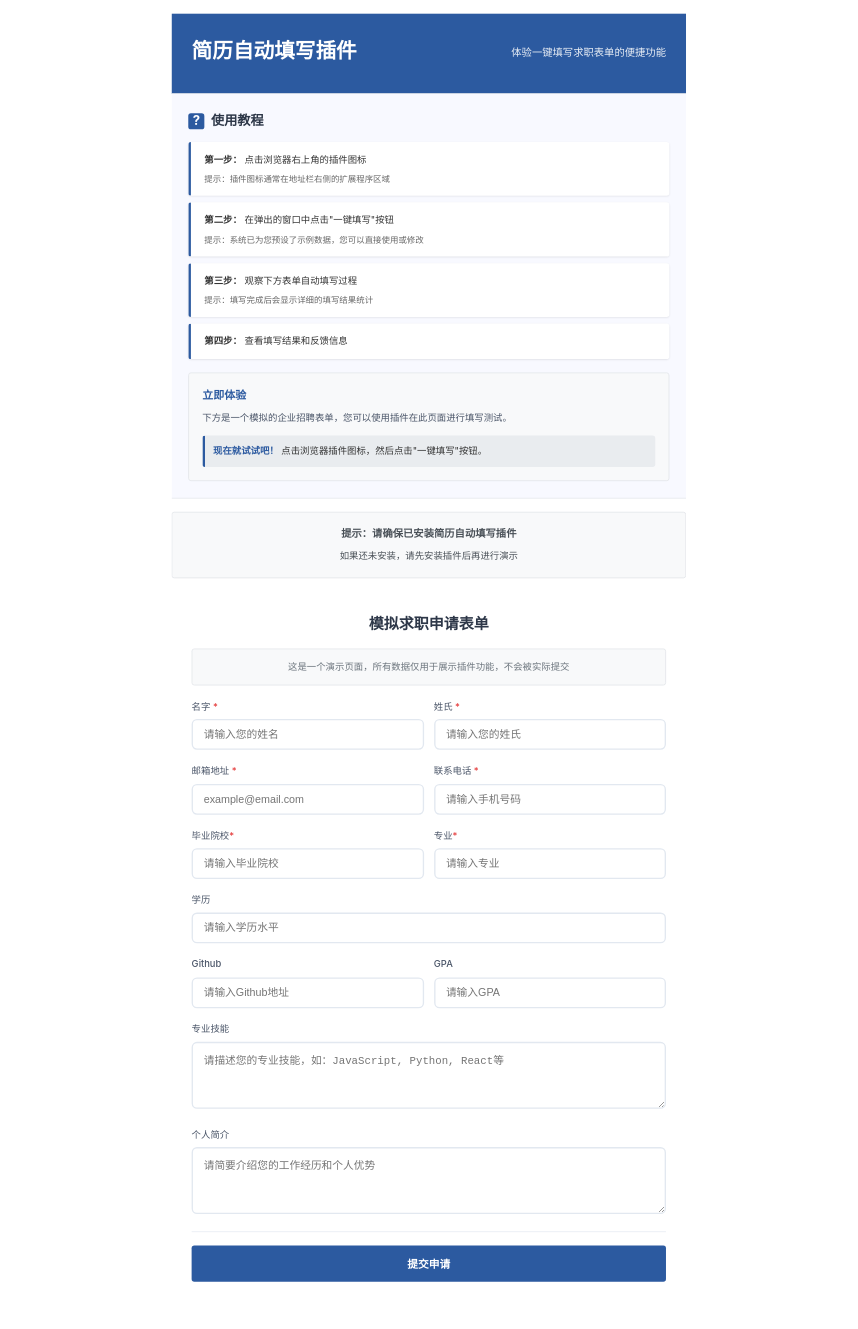
Repository: Zion74/jiancareer-chrome-main-zhn
Page: public/mock-form.html
The author's editor kept a copy of each file at every save. The page is drawn from the files as they stood at one save, then again after a run of saves.
The browser window is 1280 px wide. The pictures show the whole page, at 67% of full size.

Above is the page before, as saved 2025-09-10 08:41:17.

### public/mock-form.html
<!DOCTYPE html>
<html lang="zh-CN">
<head>
    <meta charset="UTF-8">
    <meta name="viewport" content="width=device-width, initial-scale=1.0">
    <title>简历自动填写插件 - 教学演示页面</title>
    <link rel="stylesheet" href="styles.css">
    <style>
        body {
            font-family: -apple-system, BlinkMacSystemFont, 'Segoe UI', Roboto, sans-serif;
            line-height: 1.6;
            margin: 0;
            padding: 0;
            background: #ffffff;
            min-height: 100vh;
            display: flex;
            justify-content: center;
            align-items: flex-start;
        }

        .container {
            width: 60%;
            max-width: 1200px;
            margin: 20px auto;
            background: white;
            border-radius: 0;
            box-shadow: none;
            border: none;
            overflow: hidden;
        }

        .header {
            background: #2c5aa0;
            color: white;
            padding: 30px;
            text-align: center;
        }

        .header h1 {
            margin: 0 0 10px 0;
            font-size: 2.2em;
            font-weight: 600;
        }

        .header p {
            margin: 0;
            font-size: 1.1em;
            opacity: 0.9;
        }

        .tutorial-section {
            background: #f8f9ff;
            padding: 25px;
            border-bottom: 1px solid #e1e5e9;
        }

        .tutorial-title {
            color: #2d3748;
            font-size: 1.4em;
            font-weight: 600;
            margin-bottom: 15px;
            display: flex;
            align-items: center;
        }

        .tutorial-icon {
            width: 24px;
            height: 24px;
            margin-right: 10px;
            background: #2c5aa0;
            border-radius: 4px;
            display: flex;
            align-items: center;
            justify-content: center;
            color: white;
            font-weight: bold;
        }

        .tutorial-steps {
            list-style: none;
            padding: 0;
            margin: 0;
        }

        .tutorial-steps li {
            background: white;
            margin: 10px 0;
            padding: 15px 20px;
            border-radius: 4px;
            border-left: 4px solid #2c5aa0;
            box-shadow: 0 1px 3px rgba(0,0,0,0.1);
        }

        .form-section {
            padding: 30px;
        }

        .form-title {
            color: #2d3748;
            font-size: 1.6em;
            font-weight: 600;
            margin-bottom: 20px;
            text-align: center;
        }

        .form-group {
            margin-bottom: 20px;
        }

        .form-row {
            display: flex;
            gap: 15px;
            margin-bottom: 20px;
        }

        .form-row .form-group {
            flex: 1;
            margin-bottom: 0;
        }

        label {
            display: block;
            margin-bottom: 8px;
            font-weight: 500;
            color: #4a5568;
        }

        .required {
            color: #e53e3e;
        }

        input[type="text"],
        input[type="email"],
        input[type="tel"],
        select,
        textarea {
            width: 100%;
            padding: 12px 16px;
            border: 2px solid #e2e8f0;
            border-radius: 8px;
            font-size: 16px;
            transition: all 0.3s ease;
            box-sizing: border-box;
        }

        input:focus,
        select:focus,
        textarea:focus {
            outline: none;
            border-color: #2c5aa0;
            box-shadow: 0 0 0 2px rgba(44, 90, 160, 0.1);
        }

        select {
            cursor: pointer;
        }

        textarea {
            resize: vertical;
            min-height: 100px;
        }

        .checkbox-group {
            display: flex;
            align-items: center;
            margin: 20px 0;
        }

        .checkbox-group input[type="checkbox"] {
            width: auto;
            margin-right: 10px;
        }

        .submit-section {
            text-align: center;
            padding: 20px 0;
            border-top: 1px solid #e2e8f0;
        }

        .btn {
            background: #2c5aa0;
            color: white;
            border: none;
            padding: 15px 40px;
            border-radius: 4px;
            font-size: 16px;
            font-weight: 600;
            cursor: pointer;
            transition: all 0.3s ease;
        }

        .btn:hover {
            background: #1e3d6f;
        }

        .demo-notice {
            background: #f8f9fa;
            border: 1px solid #dee2e6;
            color: #6c757d;
            padding: 15px;
            border-radius: 4px;
            margin: 20px 0;
            text-align: center;
            font-weight: 500;
        }

        .extension-hint {
            background: #f8f9fa;
            border: 1px solid #dee2e6;
            color: #495057;
            padding: 20px;
            border-radius: 4px;
            margin: 20px 0;
            text-align: center;
        }

        .extension-hint strong {
            display: block;
            font-size: 1.1em;
            margin-bottom: 10px;
        }

        @media (max-width: 768px) {
            .form-row {
                flex-direction: column;
                gap: 0;
            }

            .container {
                margin: 0;
                border-radius: 0;
            }

            .header {
                padding: 20px;
            }

            .header h1 {
                font-size: 1.8em;
            }

            .form-section {
                padding: 20px;
            }

            .tutorial-section {
                padding: 20px;
            }
        }
    </style>
</head>
<body>
    <div class="container">
        <div class="header">
            <h1>简历自动填写插件</h1>
            <p>体验一键填写求职表单的便捷功能</p>
        </div>

        <div class="tutorial-section">
            <div class="tutorial-title">
                <div class="tutorial-icon">?</div>
                使用教程
            </div>
            <ol class="tutorial-steps">
                <li><strong>第一步：</strong> 点击浏览器右上角的插件图标
                    <div style="margin-top: 8px; color: #666; font-size: 0.9em;">提示：插件图标通常在地址栏右侧的扩展程序区域</div>
                </li>
                <li><strong>第二步：</strong> 在弹出的窗口中点击"一键填写"按钮
                    <div style="margin-top: 8px; color: #666; font-size: 0.9em;">提示：系统已为您预设了示例数据，您可以直接使用或修改</div>
                </li>
                <li><strong>第三步：</strong> 观察下方表单自动填写过程
                    <div style="margin-top: 8px; color: #666; font-size: 0.9em;">提示：填写完成后会显示详细的填写结果统计</div>
                </li>
                <li><strong>第四步：</strong> 查看填写结果和反馈信息</li>
            </ol>

            <div style="background: #f8f9fa; border: 1px solid #dee2e6; border-radius: 4px; padding: 20px; margin-top: 20px;">
                <h3 style="margin: 0 0 10px 0; color: #2c5aa0;">立即体验</h3>
                <p style="margin: 0 0 15px 0; color: #4a5568;">下方是一个模拟的企业招聘表单，您可以使用插件在此页面进行填写测试。</p>
                <div style="background: #e9ecef; padding: 12px; border-radius: 4px; border-left: 4px solid #2c5aa0;">
                    <strong style="color: #2c5aa0;">现在就试试吧！</strong> 点击浏览器插件图标，然后点击"一键填写"按钮。
                </div>
            </div>
        </div>

        <div class="extension-hint">
            <strong>提示：请确保已安装简历自动填写插件</strong>
            如果还未安装，请先安装插件后再进行演示
        </div>

        <div class="form-section">
            <h2 class="form-title">模拟求职申请表单</h2>

            <div class="demo-notice">
                这是一个演示页面，所有数据仅用于展示插件功能，不会被实际提交
            </div>

            <form id="demo-form" action="#" method="post">
                <div class="form-row">
                    <div class="form-group">
                        <label for="firstName">名字 <span class="required">*</span></label>
                        <input type="text" id="firstName" name="firstName" placeholder="请输入您的姓名" required>
                    </div>
                    <div class="form-group">
                        <label for="lastName">姓氏 <span class="required">*</span></label>
                        <input type="text" id="lastName" name="lastName" placeholder="请输入您的姓氏">
                    </div>
                </div>

                <div class="form-row">
                    <div class="form-group">
                        <label for="email">邮箱地址 <span class="required">*</span></label>
                        <input type="email" id="email" name="email" placeholder="example@email.com" required>
                    </div>
                    <div class="form-group">
                        <label for="phone">联系电话 <span class="required">*</span></label>
                        <input type="tel" id="phone" name="phone" placeholder="请输入手机号码">
                    </div>
                </div>
                <div class="form-row">
                    <div class="form-group">
                        <label for="university">毕业院校<span class="required">*</span></label>
                        <input type="text" id="university" name="university" placeholder="请输入毕业院校" required>
                    </div>
                    <div class="form-group">
                        <label for="major">专业<span class="required">*</span></label>
                        <input type="text" id="major" name="major" placeholder="请输入专业" required>
                    </div>
                </div>

                <div class="form-row">


                    <div class="form-group">
                        <label for="education">学历</label>
                        <input type="text" id="education" name="education" placeholder="请输入学历水平" required>
                    </div>

                </div>

                <div class="form-row">
                    <div class="form-group">
                        <label for="github">Github</label>
                        <input type="text" id="github" name="github" placeholder="请输入Github地址" required>
                    </div>

                    <div class="form-group">
                        <label for="gpa">GPA</label>
                        <input type="text" id="gpa" name="gpa" placeholder="请输入GPA" required>
                    </div>
                </div>

                <div class="form-group">
                    <label for="skills">专业技能</label>
                    <textarea id="skills" name="skills" placeholder="请描述您的专业技能，如：JavaScript, Python, React等"></textarea>
                </div>

                <div class="form-group">
                    <label for="introduction">个人简介</label>
                    <textarea id="introduction" name="introduction" placeholder="请简要介绍您的工作经历和个人优势"></textarea>
                </div>

                <div class="submit-section">
                    <button type="submit" class="btn">提交申请</button>
                </div>
            </form>
        </div>
    </div>

    <script>
        // 监听来自插件的消息
        window.addEventListener('message', function(event) {
            if (event.data.type === 'SJ_DETECT_V1') {
                // 响应插件的检测消息
                event.source.postMessage({
                    type: 'SJ_ACK_V1',
                    success: true,
                    message: '页面已准备好进行自动填写演示'
                }, '*');
            }

            if (event.data.source === 'JIANCAREER_EXTENSION') {
                console.log('收到插件消息:', event.data);

                if (event.data.type === 'TUTORIAL_DEMO') {
                    // 处理教程演示消息
                    showTutorialMessage('插件正在演示自动填写功能...', 'info');
                } else if (event.data.type === 'AUTOFILL_COMPLETE') {
                    // 处理填写完成消息
                    const result = event.data.result;
                    let message = '';
                    let type = 'success';

                    if (result.success) {
                        message = `填写完成！成功填写 ${result.filled}/${result.total} 个字段`;
                        if (result.filled === result.total) {
                            message += ' 🎉';
                        }
                    } else {
                        message = `填写失败：${result.error || '未知错误'}`;
                        type = 'error';
                    }

                    showTutorialMessage(message, type);

                    // 如果填写成功，显示额外的成功提示
                    if (result.success && result.filled > 0) {
                        setTimeout(() => {
                            alert(`恭喜！插件已成功帮您填写了表单。\n\n填写详情：\n- 成功填写：${result.filled} 个字段\n- 总字段数：${result.total} 个\n\n您现在可以检查填写的内容，然后提交表单。`);
                        }, 1000);
                    }
                }
            }
        });

        function showTutorialMessage(message, type = 'info') {
            const colors = {
                info: '#2196F3',
                success: '#4CAF50',
                error: '#f44336',
                warning: '#ff9800'
            };

            const messageDiv = document.createElement('div');
            messageDiv.style.cssText = `
                position: fixed;
                top: 20px;
                right: 20px;
                background: ${colors[type] || colors.info};
                color: white;
                padding: 15px 20px;
                border-radius: 8px;
                box-shadow: 0 4px 12px rgba(0,0,0,0.15);
                z-index: 10000;
                font-family: -apple-system, BlinkMacSystemFont, 'Segoe UI', Roboto, sans-serif;
                font-size: 14px;
                max-width: 300px;
                word-wrap: break-word;
                animation: slideIn 0.3s ease-out;
            `;

            // 添加动画样式
            if (!document.getElementById('message-animation-style')) {
                const style = document.createElement('style');
                style.id = 'message-animation-style';
                style.textContent = `
                    @keyframes slideIn {
                        from {
                            transform: translateX(100%);
                            opacity: 0;
                        }
                        to {
                            transform: translateX(0);
                            opacity: 1;
                        }
                    }
                `;
                document.head.appendChild(style);
            }

            messageDiv.textContent = message;
            document.body.appendChild(messageDiv);

            setTimeout(() => {
                if (document.body.contains(messageDiv)) {
                    messageDiv.style.animation = 'slideIn 0.3s ease-out reverse';
                    setTimeout(() => {
                        if (document.body.contains(messageDiv)) {
                            document.body.removeChild(messageDiv);
                        }
                    }, 300);
                }
            }, type === 'error' ? 5000 : 3000);
        }

        // 表单提交处理
        document.getElementById('demo-form').addEventListener('submit', function(e) {
            e.preventDefault();
            alert('🎉 演示完成！\n\n这是一个演示页面，表单数据不会被实际提交。\n\n感谢您体验简历自动填写插件！');
        });

        // 页面加载完成后发送准备就绪消息
        window.addEventListener('load', function() {
            console.log('[Mock Form] 教学演示页面已加载完成');

            // 向插件发送页面准备就绪的消息
            if (window.chrome && window.chrome.runtime) {
                try {
                    window.chrome.runtime.sendMessage({
                        type: 'PAGE_READY',
                        url: window.location.href,
                        title: document.title
                    });
                } catch (error) {
                    console.log('[Mock Form] 插件通信失败，这是正常现象（在非插件环境中）');
                }
            }
        });

        // 添加表单字段变化监听，用于演示
        const formInputs = document.querySelectorAll('input, select, textarea');
        formInputs.forEach(input => {
            input.addEventListener('input', function() {
                // 添加填写动画效果
                this.style.backgroundColor = '#e8f5e8';
                setTimeout(() => {
                    this.style.backgroundColor = '';
                }, 1000);
            });
        });
    </script>
</body>
</html>

Loaded but not shown: public/styles.css (1105 lines, source omitted)

After the next 2 saves:
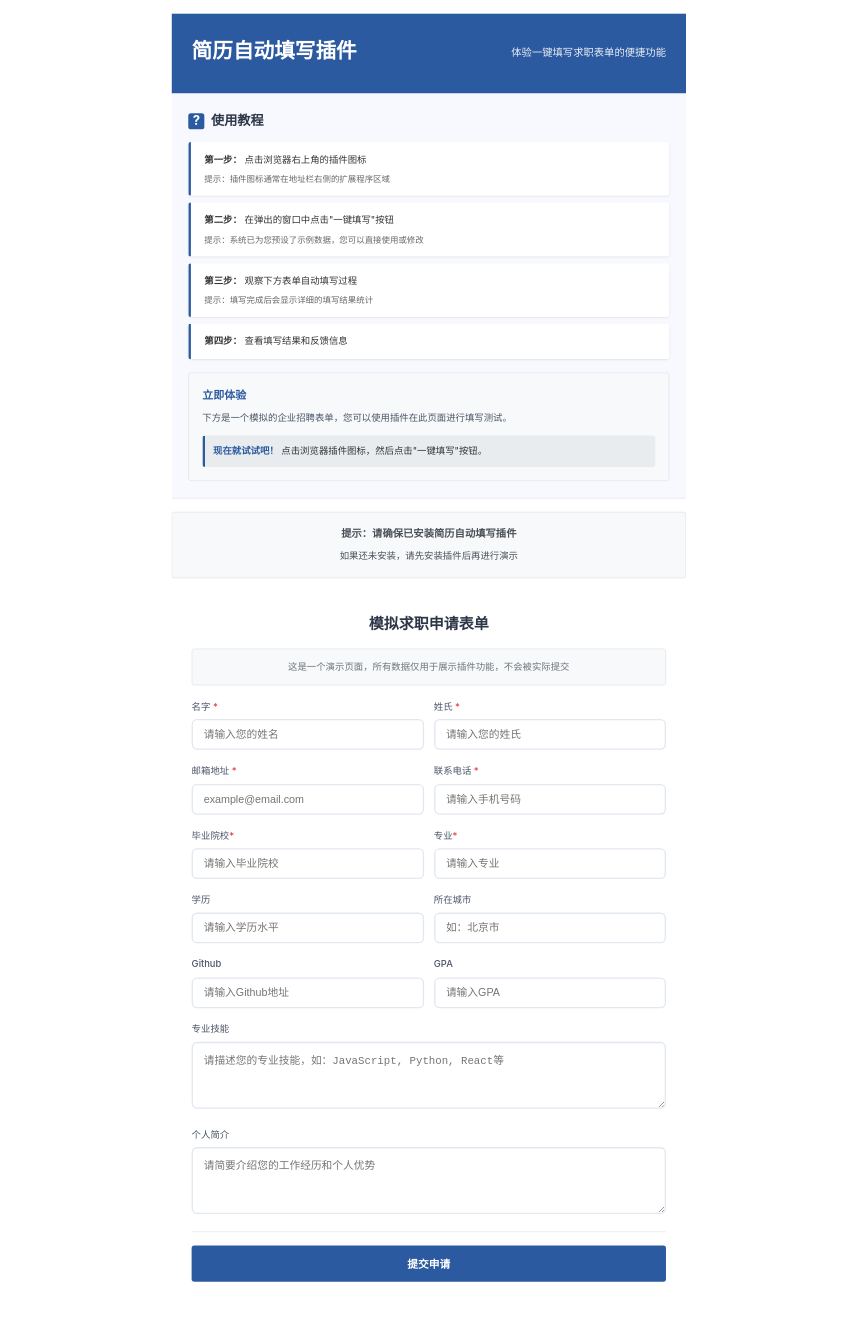
The 2 saves are shown as one change because they came seconds apart.
The last was saved 7 s later.
--- a/public/mock-form.html
+++ b/public/mock-form.html
@@ -336,6 +336,10 @@
                         <input type="text" id="education" name="education" placeholder="请输入学历水平" required>
                     </div>
 
+                    <div class="form-group">
+                        <label for="location">所在城市</label>
+                        <input type="text" id="location" name="location" placeholder="如：北京市">
+                    </div>
                 </div>
 
                 <div class="form-row">
